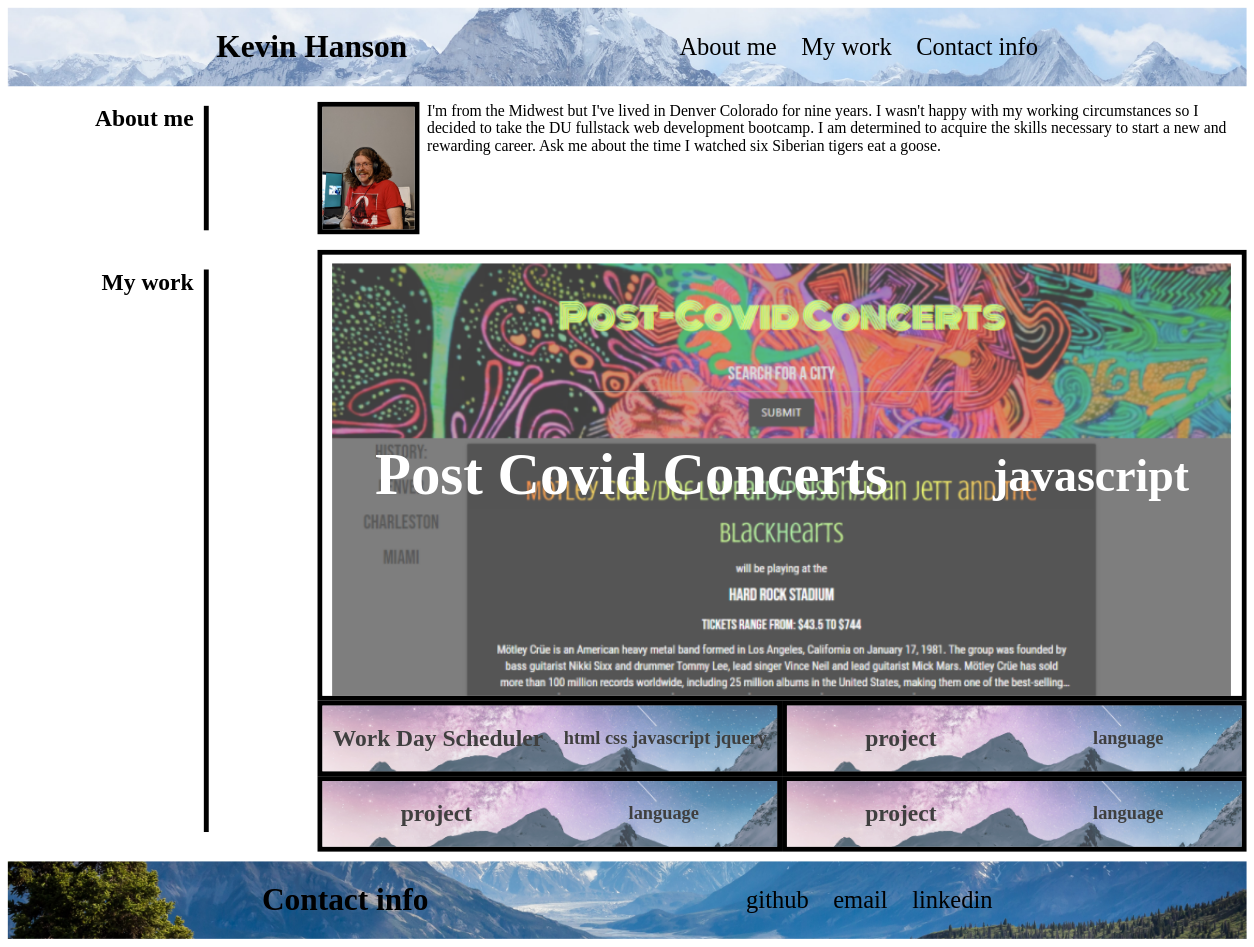
Repository: ziffoit/Projects-Portfolio
Page: index.html
These files come from the project's save history. The page is drawn as it stood at one moment and after the next save; the edit follows.
The browser window is 1280 px wide. The pictures show the whole page, at 98% of full size.

Above is the page before, as saved 2021-04-11 13:45:43.

After the next save:
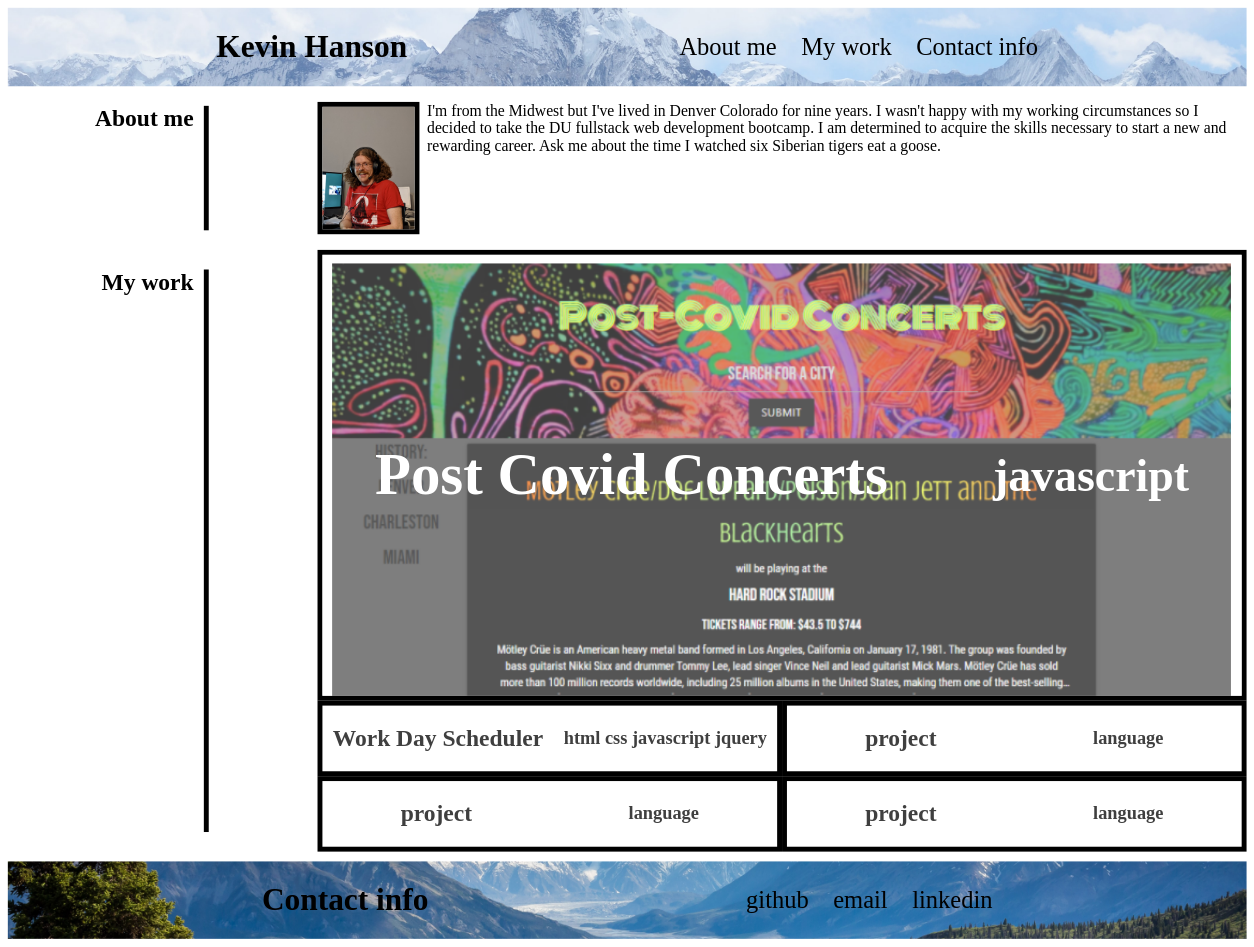
Saved 10 min 26 s later.
--- a/Assets/css/style.css
+++ b/Assets/css/style.css
@@ -105,9 +105,6 @@
 
 /* all other projects */
 .card {
-  background-image: url("../benjamin-voros-phIFdC6lA4E-unsplash.jpg");
-  background-size: cover;
-  background-position: center;
   display: flex;
   width: 100%;
   height: 100%;
